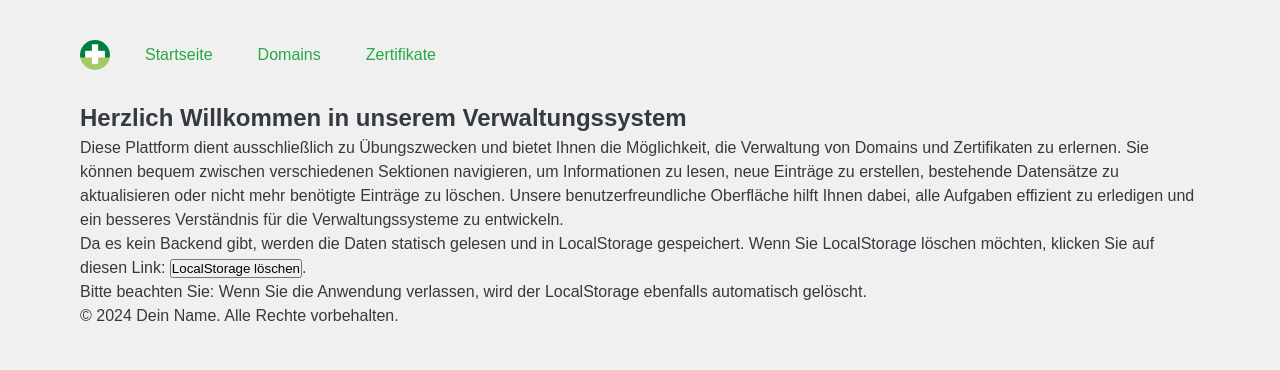
Repository: bajricadmir/verwaltungssystem-vanilla-html-css
Page: index.html
An editor plug-in stored every save of this project. The page is shown before and after the next save, followed by the edit.
The browser window is 1280 px wide. The pictures show the whole page.

Above is the page before, as saved 2024-10-14 11:10:32.

After the next save:
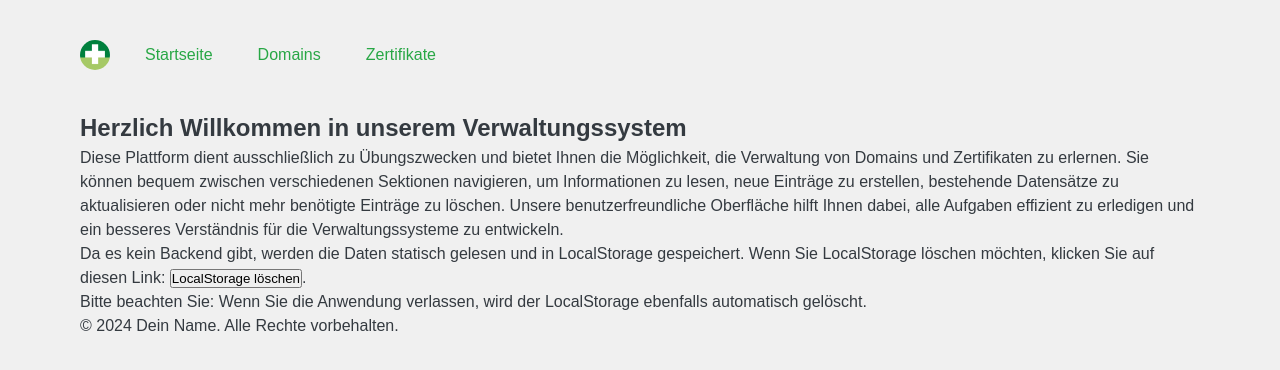
Saved 13 s later.
--- a/style.css
+++ b/style.css
@@ -92,5 +92,5 @@ table {
   display: flex;
   flex-direction: column;
   align-items: center;
-  margin-top: 30px;
+  margin-top: 40px;
 }
